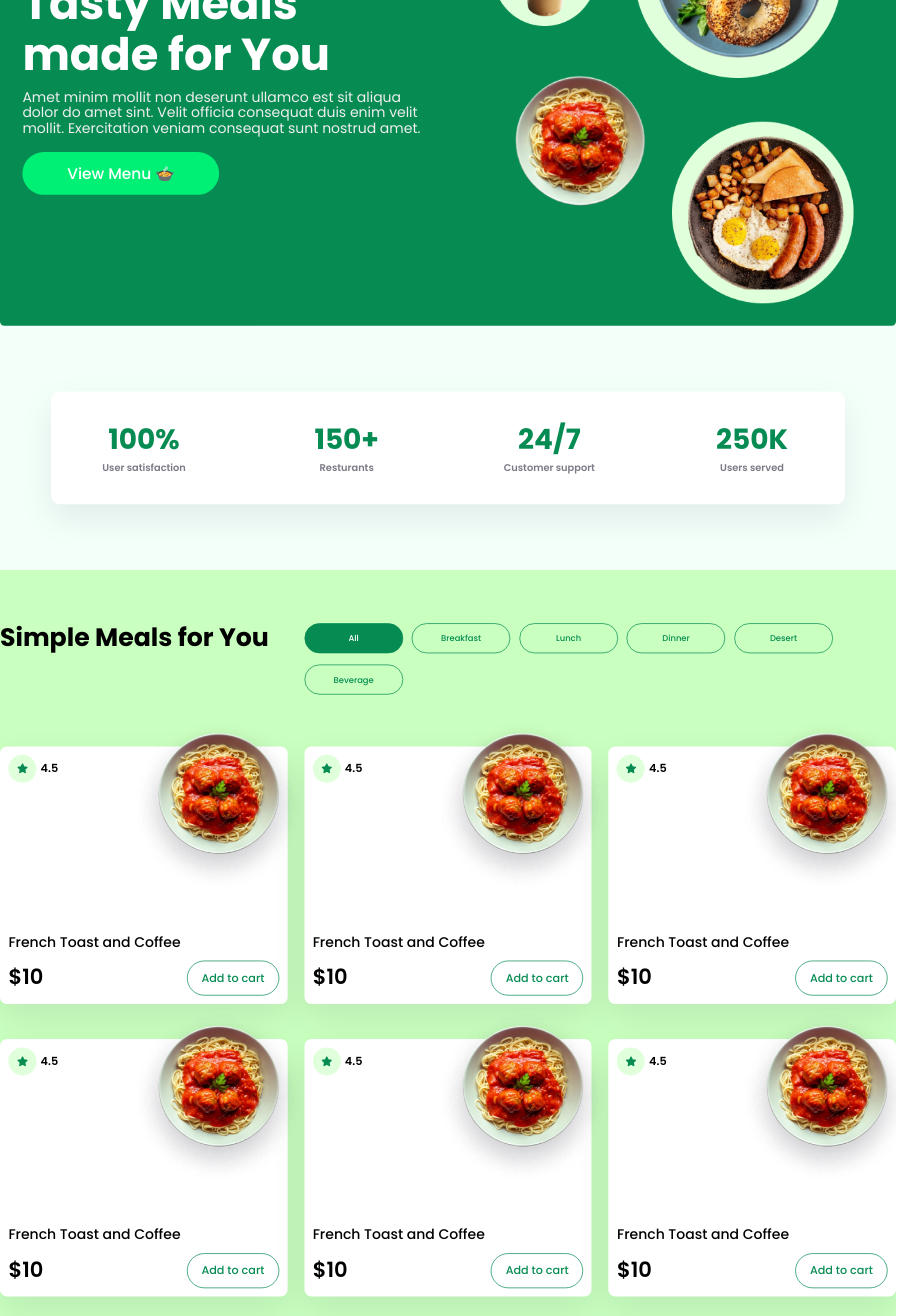
Repository: nguyennam1029/balbal
Page: index.html
These files come from the project's save history. The page is drawn as it stood at one moment and after the next save; the edit follows.
The browser window is 1280 px wide. The page is 1292 px wide, so the pictures cover 1292 px, including what lies to the right of the window. The pictures show the part of the page from y = 336 to 2216 px (the page is 4194 px tall), at 70% of full size.
Some web libraries are served in a nearby version.

Above is the page before, as saved 2022-07-09 09:42:52.

### index.html
<!DOCTYPE html>
<html lang="en">
  <head>
    <meta charset="UTF-8" />
    <meta http-equiv="X-UA-Compatible" content="IE=edge" />
    <meta name="viewport" content="width=device-width, initial-scale=1.0" />
    <title>Chow</title>
    <link
      rel="stylesheet"
      href="https://cdnjs.cloudflare.com/ajax/libs/font-awesome/6.1.1/css/all.min.css"
      integrity="sha512-KfkfwYDsLkIlwQp6LFnl8zNdLGxu9YAA1QvwINks4PhcElQSvqcyVLLD9aMhXd13uQjoXtEKNosOWaZqXgel0g=="
      crossorigin="anonymous"
      referrerpolicy="no-referrer"
    />
    <link rel="stylesheet" href="css/grid.css" />
    <link rel="stylesheet" href="css/style.css" />
  </head>
  <body>
    <div class="app">
      <div class="grid wide">
        <div class="menu">
          <a href="#" class="menu-left">Chow</a>
          <span class="menu-icon--mobile">
            <i class="fa-solid fa-bars"></i>
          </span>

          <ul class="menu-center">
            <li class="menu-center-item">
              <a href="#" class="menu-center--link active">Home</a>
            </li>
            <li class="menu-center-item">
              <a href="#" class="menu-center--link">Menu</a>
            </li>
            <li class="menu-center-item">
              <a href="#" class="menu-center--link">About</a>
            </li>
            <li class="menu-center-item">
              <a href="#" class="menu-center--link">Resturants</a>
            </li>
            <li class="menu-center-item">
              <a href="#" class="menu-center--link">Contact</a>
            </li>
            <i class="back-top fa-solid fa-angles-up"></i>
          </ul>
          <ul class="menu-right">

            <li class="menu-right-item">
              <a href="#" class="menu-right--link">
                <i class="fa-solid fa-circle-user"></i>
              </a>
            </li>
            <li class="menu-right-item">
              <a href="#" class="menu-right--link active">
                <i class="fa-solid fa-bag-shopping"></i>
                <span class="menu-right--circle"></span>
              </a>
            </li>
          </ul>
        </div>
        <div class="banner">
          <div class="row">
            <div class="col l-6 m-12 c-12">
              <div class="banner-info">
                <h1 class="banner-title">Tasty Meals made for You</h1>
                <span class="banner-des"
                  >Amet minim mollit non deserunt ullamco est sit aliqua dolor
                  do amet sint. Velit officia consequat duis enim velit mollit.
                  Exercitation veniam consequat sunt nostrud amet.</span
                >
                <a href="#" class="banner-btn"> View Menu 🍲 </a>
              </div>
            </div>
            <div class="col l-6 m-12 c-12 c-0">
              <div class="banner-img">
                <img src="images/banner1.png" alt="" />
              </div>
            </div>
          </div>
        </div>
        <div class="statistical">
          <div class="row">
            <div class="col l-3 m-6 c-12">
              <div class="statistical-item">
                <h3 class="statistical-item--title">100%</h3>
                <span class="statistical-item--des">User satisfaction</span>
              </div>
            </div>
            <div class="col l-3 m-6 c-12">
              <div class="statistical-item">
                <h3 class="statistical-item--title">150+</h3>
                <span class="statistical-item--des">Resturants</span>
              </div>
            </div>
            <div class="col l-3 m-6 c-12">
              <div class="statistical-item">
                <h3 class="statistical-item--title">24/7</h3>
                <span class="statistical-item--des">Customer support</span>
              </div>
            </div>
            <div class="col l-3 m-6 c-12">
              <div class="statistical-item">
                <h3 class="statistical-item--title">250K</h3>
                <span class="statistical-item--des">Users served</span>
              </div>
            </div>
          </div>
        </div>
      </div>
      <div class="product">
        <div class="grid wide">
          <div class="product-top">
            <div class="row">
              <div class="col l-4 m-12 c-12">
                <h3 class="product-heading">Simple Meals for You</h3>
              </div>
              <!-- <div class="col l-8 m-12 c-12"> -->
              <ul class="tab-list col l-8 m-12 c-12">
                <li class="tab-item active col l-2 m-3 c-4">All</li>
                <li class="tab-item col l-2 m-3 c-4">Breakfast</li>
                <li class="tab-item col l-2 m-3 c-4">Lunch</li>
                <li class="tab-item col l-2 m-3 c-4">Dinner</li>
                <li class="tab-item col l-2 m-3 c-4">Desert</li>
                <li class="tab-item col l-2 m-3 c-4">Beverage</li>
              </ul>
              <!-- </div> -->
            </div>
          </div>
          <div class="product-list">
            <div class="row">
              <div class="col l-4 m-6 c-12">
                <div class="product-item">
                  <img
                    class="product-item--img"
                    src="images/product1.png"
                    alt=""
                  />
                  <div class="product-item--rating">
                    <i class="fa-solid fa-star"></i>
                    <span>4.5</span>
                  </div>
                  <div class="product-item--content">
                    <h4 class="product-item--name">French Toast and Coffee</h4>
                    <div class="product-item--footer">
                      <span class="product-item--price">$10</span>
                      <a href="#" class="product-item--btn">Add to cart</a>
                    </div>
                  </div>
                </div>
              </div>

              <div class="col l-4 m-6 c-12">
                <div class="product-item">
                  <img
                    class="product-item--img"
                    src="images/product1.png"
                    alt=""
                  />
                  <div class="product-item--rating">
                    <i class="fa-solid fa-star"></i>
                    <span>4.5</span>
                  </div>
                  <div class="product-item--content">
                    <h4 class="product-item--name">French Toast and Coffee</h4>
                    <div class="product-item--footer">
                      <span class="product-item--price">$10</span>
                      <a href="#" class="product-item--btn">Add to cart</a>
                    </div>
                  </div>
                </div>
              </div>

              <div class="col l-4 m-6 c-12">
                <div class="product-item">
                  <img
                    class="product-item--img"
                    src="images/product1.png"
                    alt=""
                  />
                  <div class="product-item--rating">
                    <i class="fa-solid fa-star"></i>
                    <span>4.5</span>
                  </div>
                  <div class="product-item--content">
                    <h4 class="product-item--name">French Toast and Coffee</h4>
                    <div class="product-item--footer">
                      <span class="product-item--price">$10</span>
                      <a href="#" class="product-item--btn">Add to cart</a>
                    </div>
                  </div>
                </div>
              </div>

              <div class="col l-4 m-6 c-12">
                <div class="product-item">
                  <img
                    class="product-item--img"
                    src="images/product1.png"
                    alt=""
                  />
                  <div class="product-item--rating">
                    <i class="fa-solid fa-star"></i>
                    <span>4.5</span>
                  </div>
                  <div class="product-item--content">
                    <h4 class="product-item--name">French Toast and Coffee</h4>
                    <div class="product-item--footer">
                      <span class="product-item--price">$10</span>
                      <a href="#" class="product-item--btn">Add to cart</a>
                    </div>
                  </div>
                </div>
              </div>

              <div class="col l-4 m-6 c-12">
                <div class="product-item">
                  <img
                    class="product-item--img"
                    src="images/product1.png"
                    alt=""
                  />
                  <div class="product-item--rating">
                    <i class="fa-solid fa-star"></i>
                    <span>4.5</span>
                  </div>
                  <div class="product-item--content">
                    <h4 class="product-item--name">French Toast and Coffee</h4>
                    <div class="product-item--footer">
                      <span class="product-item--price">$10</span>
                      <a href="#" class="product-item--btn">Add to cart</a>
                    </div>
                  </div>
                </div>
              </div>

              <div class="col l-4 m-6 c-12">
                <div class="product-item">
                  <img
                    class="product-item--img"
                    src="images/product1.png"
                    alt=""
                  />
                  <div class="product-item--rating">
                    <i class="fa-solid fa-star"></i>
                    <span>4.5</span>
                  </div>
                  <div class="product-item--content">
                    <h4 class="product-item--name">French Toast and Coffee</h4>
                    <div class="product-item--footer">
                      <span class="product-item--price">$10</span>
                      <a href="#" class="product-item--btn">Add to cart</a>
                    </div>
                  </div>
                </div>
              </div>
            </div>
            <div class="row">
              <div class="col c-12 product-menu">
                <a href="#" class="product-menu--btn">Explore Menu</a>
              </div>
            </div>
          </div>
        </div>
      </div>

      <!-- ĐÁNH GIÁ CMT  -->
      <div class="comment">
        <div class="grid wide">
          <div class="comment-top">
            <div class="row">
              <div class="col l-5">
                <h3 class="product-heading">What our customers are saying</h3>
              </div>
              <div class="col l-2 l-o-5 m-12 c-12">
                <div class="comment-btn">

                    <i
                      class="comment-top--icon fa-solid fa-arrow-left-long"
                    ></i>


                    <i
                      class="comment-top--icon active fa-solid fa-arrow-right-long"
                    ></i>
                  </div>
                </div>
            </div>
            <div class="comment-content">
              <div class="row">
                <!-- START-ITEM  -->
                  <div class="col l-4 m-6 c-12">
                    <div class="comment-item">
                      <span class="comment-title">
                        Amet minim mollit non deserunt ullamco est sit aliqua dolor do amet sint velit officia consequat duis enim velit mollit exercitation veniam.
                      </span>
                      <div class="comment-info">
                        <div class="info-left">
                          <img src="images/cmt1.png" alt="">
                          <div class="info-left--des">
                            <h4 class="info-left--name">Kristin Watson</h4>
                            <span class="info-left--time">Jun 27, 2020 · 6 min read</span>
                          </div>
                        </div>

                          <ul class="info-right--rating">
                            <li class="info-right--icon"><i class="fa-solid fa-star"></i></li>
                            <li class="info-right--icon"><i class="fa-solid fa-star"></i></li>
                            <li class="info-right--icon"><i class="fa-solid fa-star"></i></li>
                            <li class="info-right--icon"><i class="fa-solid fa-star"></i></li>
                            <li class="info-right--icon">
                              <i class="fa-regular fa-star"></i>
                            </li>
                          </ul>

                      </div>
                    </div>
                  </div>
                <!-- END-ITEM  -->

                <!-- START-ITEM  -->
                  <div class="col l-4 m-6 c-0">
                    <div class="comment-item">
                      <span class="comment-title">
                        Amet minim mollit non deserunt ullamco est sit aliqua dolor do amet sint velit officia consequat duis enim velit mollit exercitation veniam.
                      </span>
                      <div class="comment-info">
                        <div class="info-left">
                          <img src="images/cmt2.png" alt="">
                          <div class="info-left--des">
                            <h4 class="info-left--name">Kristin Watson</h4>
                            <span class="info-left--time">Jun 27, 2020 · 6 min read</span>
                          </div>
                        </div>

                          <ul class="info-right--rating">
                            <li class="info-right--icon"><i class="fa-solid fa-star"></i></li>
                            <li class="info-right--icon"><i class="fa-solid fa-star"></i></li>
                            <li class="info-right--icon"><i class="fa-solid fa-star"></i></li>
                            <li class="info-right--icon"><i class="fa-solid fa-star"></i></li>
                            <li class="info-right--icon">
                              <i class="fa-regular fa-star"></i>
                            </li>
                          </ul>

                      </div>
                    </div>
                  </div>
                <!-- END-ITEM  -->

                <!-- START-ITEM  -->
                  <div class="col l-4 m-0 c-0">
                    <div class="comment-item">
                      <span class="comment-title">
                        Amet minim mollit non deserunt ullamco est sit aliqua dolor do amet sint velit officia consequat duis enim velit mollit exercitation veniam.
                      </span>
                      <div class="comment-info">
                        <div class="info-left">
                          <img src="images/cmt3.png" alt="">
                          <div class="info-left--des">
                            <h4 class="info-left--name">Kristin Watson</h4>
                            <span class="info-left--time">Jun 27, 2020 · 6 min read</span>
                          </div>
                        </div>

                          <ul class="info-right--rating">
                            <li class="info-right--icon"><i class="fa-solid fa-star"></i></li>
                            <li class="info-right--icon"><i class="fa-solid fa-star"></i></li>
                            <li class="info-right--icon"><i class="fa-solid fa-star"></i></li>
                            <li class="info-right--icon"><i class="fa-solid fa-star"></i></li>
                            <li class="info-right--icon">
                              <i class="fa-regular fa-star"></i>
                            </li>
                          </ul>

                      </div>
                    </div>
                  </div>
                <!-- END-ITEM  -->
              </div>
            </div>
            </div>
          </div>
        </div>
      </div>
      <!-- END ĐÁNH GIÁ CMT  -->

      <!-- TRANSPORT VẬN CHUYỂN  -->
      <div class="transport">
        <div class="grid wide">
          <div class="row transport-list">
            <div class="col l-5">
              <div class="transport-item">
                <h3 class="transport-item--title">Meals on the Go!!!</h3>
                <span class="transport-item--des">Download the app to to enjoy discounts, promotions and offers.
Amet minim mollit non deserunt ullamco est sit aliqua dolor do amet sint velit officia consequat duis enim velit mollit exercitation veniam.</span>
                <div class="getApp">
                  <span class="getApp-title">Get the app</span>
                  <div class="getApp-img">
                    <a href="#" class="getApp-img--link">
                      <img src="images/Google Play Badge.png" alt="">
                    </a>
                    <a href="#" class="getApp-img--link">
                      <img src="images/App Store Badge.png" alt="">
                    </a>
                  </div>
                </div>
            </div>
            </div>
            <div class="col l-4 l-o-3">
              <div class="transport-item">
                <img src="images/transport.png" alt="">
              </div>

            </div>
          </div>
        </div>
      </div>
      <!-- END TRANSPORT VẬN CHUYỂN  -->
      <footer>
        <div class="grid footer">
          <div class="row">
            <div class="col l-2 m-4 c-0">
              <div class="footer-content">
                <h5 class="footer-title">Solutions</h5>
                <ul class="footer-list">
                  <li class="footer-item">
                    <a href="#" class="footer-link">Marketing</a>
                  </li>
                  <li class="footer-item">
                    <a href="#" class="footer-link">Analytics</a>
                  </li>
                  <li class="footer-item">
                    <a href="#" class="footer-link">Commerce</a>
                  </li>
                  <li class="footer-item">
                    <a href="#" class="footer-link">Insights</a>
                  </li>
                </ul>
              </div>
            </div>
            <div class="col l-2 m-4 c-0">
             <div class="footer-content">
                <h5 class="footer-title">Support</h5>
                <ul class="footer-list">
                  <li class="footer-item">
                    <a href="#" class="footer-link">Pricing</a>
                  </li>
                  <li class="footer-item">
                    <a href="#" class="footer-link">Documentation</a>
                  </li>
                  <li class="footer-item">
                    <a href="#" class="footer-link">Guides</a>
                  </li>
                  <li class="footer-item">
                    <a href="#" class="footer-link">API Status</a>
                  </li>
                </ul>
              </div>
            </div>
            <div class="col l-2 m-4 c-0">
             <div class="footer-content">
                <h5 class="footer-title">Company</h5>
                <ul class="footer-list">
                  <li class="footer-item">
                    <a href="#" class="footer-link">About</a>
                  </li>
                  <li class="footer-item">
                    <a href="#" class="footer-link">Jobs</a>
                  </li>
                  <li class="footer-item">
                    <a href="#" class="footer-link">Partners</a>
                  </li>
                  <li class="footer-item">
                    <a href="#" class="footer-link">Insights</a>
                  </li>
                </ul>
              </div>
            </div>
            <div class="col l-2 m-4 c-12 m-left c-center">
             <div class="footer-content">
                <h5 class="footer-title">Legal</h5>
                <ul class="footer-list">
                  <li class="footer-item">
                    <a href="#" class="footer-link">Privacy</a>
                  </li>
                  <li class="footer-item">
                    <a href="#" class="footer-link">Analytics</a>
                  </li>
                  <li class="footer-item">
                    <a href="#" class="footer-link">Claim</a>
                  </li>
                  <li class="footer-item">
                    <a href="#" class="footer-link">Insights</a>
                  </li>
                </ul>
              </div>
            </div>
            <div class="col l-4 m-6 c-12 m-left c-center">
             <div class="footer-content">
                <h5 class="footer-title">Subscribe to our newsletter</h5>
                <span class="footer-des">The latest news, articles, and resources, sent to your inbox weekly</span>
                <div class="footer-contact">
                  <input type="text" placeholder="Enter your email">
                  <a href="#" class="footer-btn">Subscribe</a>
                </div>
              </div>
            </div>
          </div>
          <span class="hr"></span>
          <div class="row footer-copy">
            <div class="col l-4 m-5 c-12 c-center">
              <span class="footer-copyright">© 08/07/2022 Nguyễn Văn Nam</span>
            </div>
            <div class="col l-3 l-o-5 m-3 m-o-4 c-12 c-center">
              <ul class="footer-list--icon">
                <li>
                  <a href="#"><i class="fa-brands fa-facebook"></i></a>
                </li>
                <li>
                  <a href="#"><i class="fa-brands fa-twitter"></i></a>
                </li>
                <li>
                  <a href="#"><i class="fa-brands fa-instagram"></i></a>
                </li>
                <li>
                  <a href="#"><i class="fa-brands fa-github"></i></a>
                </li>
              </ul>
            </div>
          </div>
        </div>
      </footer>
    </div>

    <script>
      const menu = document.querySelector(".menu-icon--mobile");
      const backTop = document.querySelector(".back-top");
      const menuCenter = document.querySelector(".menu-center");
      menu.addEventListener("click", handleMenu)
      function handleMenu() {
        menuCenter.classList.add("active")
      }
      backTop.addEventListener("click", handleBackTop)
      function handleBackTop() {
        menuCenter.classList.remove("active")

      }
    </script>
  </body>
</html>

Loaded but not shown: css/style.css (1053 lines, source omitted); css/grid.css (609 lines, source omitted)

After the next save:
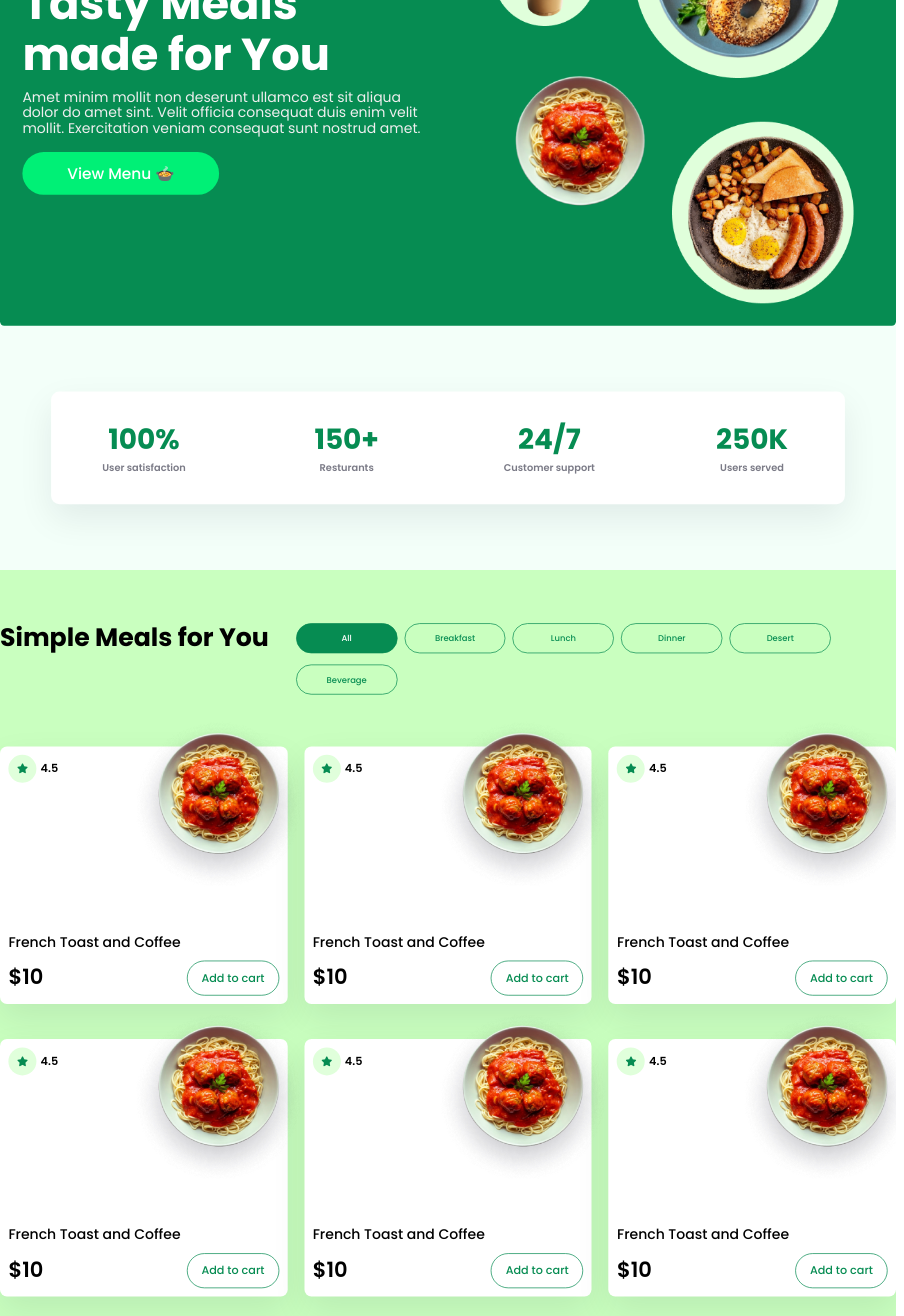
Saved 4 min 10 s later.
--- a/index.html
+++ b/index.html
@@ -115,12 +115,14 @@
               </div>
               <!-- <div class="col l-8 m-12 c-12"> -->
               <ul class="tab-list col l-8 m-12 c-12">
-                <li class="tab-item active col l-2 m-3 c-4">All</li>
+                <div class="row">
+                  <li class="tab-item active col l-2 m-3 c-4">All</li>
                 <li class="tab-item col l-2 m-3 c-4">Breakfast</li>
                 <li class="tab-item col l-2 m-3 c-4">Lunch</li>
                 <li class="tab-item col l-2 m-3 c-4">Dinner</li>
                 <li class="tab-item col l-2 m-3 c-4">Desert</li>
                 <li class="tab-item col l-2 m-3 c-4">Beverage</li>
+                </div>
               </ul>
               <!-- </div> -->
             </div>
